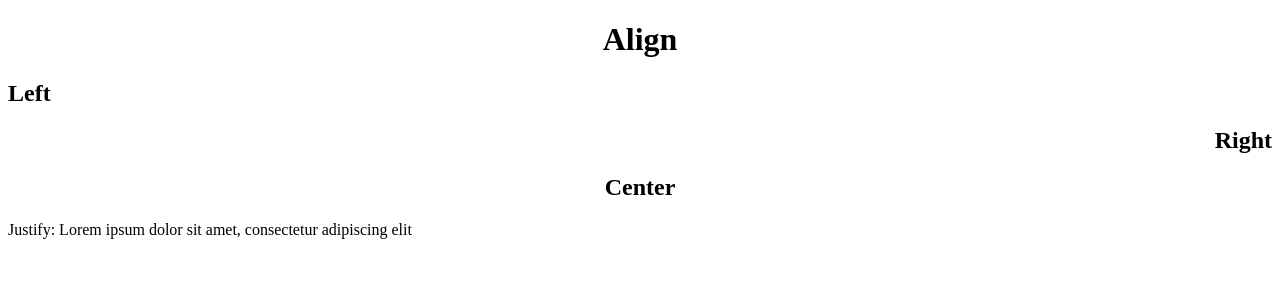
Repository: ankitgujre01/HTMLgeeks
Page: Attribute.html
The author's editor kept a copy of each file at every save. The page is drawn from the files as they stood at one save, then again after the next save.
The browser window is 1280 px wide. The pictures show the whole page.

Above is the page before, as saved 2025-09-02 23:40:47.

### Attribute.html
<!DOCTYPE html>
<html>
    <head>
        <title>Attribute</title>
    </head>
    <body>
        <h1 align="center">Align</h1>
        <h2 align="left">Left</h2>
        <h2 align="right">Right</h2>
        <h2 align="center">Center</h2>
        <p align="justify">Justify: Lorem ipsum dolor sit amet, consectetur adipiscing elit</p>
    </body>
</html>

After the next save:
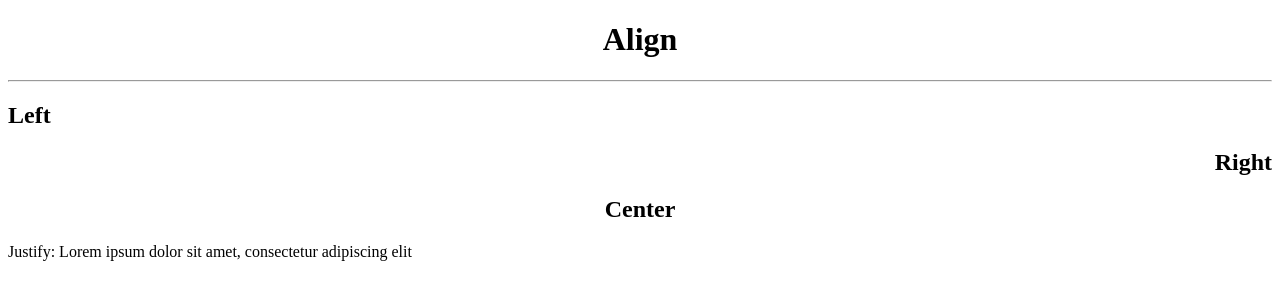
Saved 2 min 33 s later.
--- a/Attribute.html
+++ b/Attribute.html
@@ -4,7 +4,7 @@
         <title>Attribute</title>
     </head>
     <body>
-        <h1 align="center">Align</h1>
+        <h1 align="center">Align</h1> <hr>
         <h2 align="left">Left</h2>
         <h2 align="right">Right</h2>
         <h2 align="center">Center</h2>
